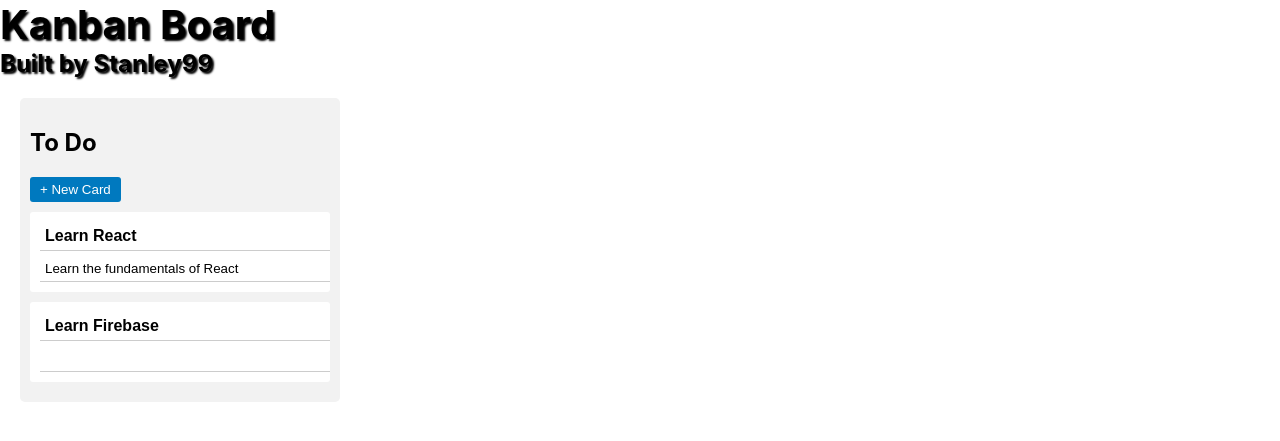
Repository: trapper99/kanban-app
Page: /
The author's editor kept a copy of each file at every save. The page is drawn from the files as they stood at one save, then again after the next save.
The browser window is 1280 px wide. The pictures show the whole page.
The project was rebuilt for these pictures with package versions that can differ from the ones it lists, and the page was loaded fresh each time.

Above is the page before, as saved 2023-06-12 15:13:21.

### src/App.js
import React, { useState, useEffect, useMemo } from 'react';
import Draggable from 'react-draggable';
import Header from './components/header';

const styles = {
  boardContainer: {
    display: 'flex',
    flexDirection: 'row',
    justifyContent: 'space-between',
    padding: '20px',
  },
  listContainer: {
    backgroundColor: '#f2f2f2',
    borderRadius: '5px',
    width: '300px',
    padding: '10px',
    marginRight: '20px',
  },
  newCard: {
    backgroundColor: '#0079bf',
    color: '#fff',
    borderRadius: '3px',
    border: 'none',
    padding: '5px 10px',
    marginBottom: '10px',
    cursor: 'pointer',
  },
  cardContainer: {
    backgroundColor: '#fff',
    borderRadius: '3px',
    padding: '10px',
    marginBottom: '10px',
  },
  title: {
    fontWeight: 'bold',
    fontSize: '16px',
    marginBottom: '5px',
    width: '100%',
    border: 'none',
    borderBottom: '1px solid #ccc',
    padding: '5px',
  },
  description: {
    width: '100%',
    border: 'none',
    borderBottom: '1px solid #ccc',
    padding: '5px',
  },
};

function App() {
  const [board, setBoard] = useState([]);

  useEffect(() => {
    const data = window.localStorage.getItem('data');
    if (data) {
      setBoard(JSON.parse(data));
    } else {
      setBoard([
        {
          id: 1,
          title: 'To Do',
          cards: [
            {
              id: 1,
              title: 'Learn React',
              description: 'Learn the fundamentals of React'
            },
            {
              id: 2,
              title: 'Learn Firebase',
              description: ''
            }
          ]
        }
      ]);
    }
  }, []);

  useEffect(() => {
    if (board.length > 0) window.localStorage.setItem('data', JSON.stringify(board));
  }, [board]);

  const memoizedBoard = useMemo(() => board, [board]);

  const addNewCard = (listId) => {
    const updatedBoards = board.map((element) => {
      if (element.id === listId) {
        return {
          ...element,
          cards: [
            ...element.cards,
            {
              id: new Date().getTime(),
              title: 'New Card',
              description: 'New Card Description',
            },
          ],
        };
      }
      return element;
    });
    setBoard(updatedBoards);
  };

  const onCardStop = (e, card, listId) => {
    const allLists = document.querySelectorAll('.list-container');
    for (const list of allLists) {
      const rect = list.getBoundingClientRect();
      const data = {
        x: e.clientX,
        y: e.clientY,
      };
      if (data.x > rect.left && data.x < rect.right && data.y > rect.top && data.y < rect.bottom) {
        const finalCardId = card.id;
        const tempBoards = board.map((element) => {
          const cards = element.cards.filter((c) => c.id !== finalCardId);
          return {
            ...element,
            cards,
          };
        });
        setBoard(tempBoards);
      }
    }
    const finalListId = listId.split('_')[1];
    const tempBoards = board.map((element) => {
      if (element.id === parseInt(finalListId)) {
        return {
          ...element,
          cards: [...element.cards, card],
        };
      }
      return element;
    });
    setBoard(tempBoards);
  };

  return (
    <div>
      <Header />
      <div style={styles.boardContainer}>
        {memoizedBoard.map((list) => (
          <div id={`list_${list.id}`} key={list.id} className="list-container" style={styles.listContainer}>
            <h2>{list.title}</h2>
            <button style={styles.newCard} onClick={() => addNewCard(list.id)}>
              + New Card
            </button>
            {list.cards.map((card) => (
              <Draggable key={card.id} onStop={(e) => onCardStop(e, card, list.id)}>
                <div style={styles.cardContainer}>
                  <input
                    type="text"
                    style={styles.title}
                    value={card.title}
                    onChange={(e) => {
                      const tempBoards = board.map((element) => {
                        const cards = element.cards.map((c) => {
                          if (c.id === card.id) {
                            return {
                              ...c,
                              title: e.target.value,
                            };
                          }
                          return c;
                        });
                        return {
                          ...element,
                          cards,
                        };
                      });
                      setBoard(tempBoards);
                    }}
                  />
                  <input
                    type="text"
                    style={styles.description}
                    value={card.description}
                    onChange={(e) => {
                      const tempBoards = board.map((element) => {
                        const cards = element.cards.map((c) => {
                          if (c.id === card.id) {
                            return {
                              ...c,
                              description: e.target.value,
                            };
                          }
                          return c;
                        });
                        return {
                          ...element,
                          cards,
                        };
                      });
                      setBoard(tempBoards);
                    }}
                  />
                </div>
              </Draggable>
            ))}
          </div>
        ))}
      </div>
    </div>
  );
}

export default App;

### src/components/header.js
export default function Header () {
    return(
        <header className={styles.header}>
            <h1 style={styles.title}>Kanban Board</h1>
            <p style={styles.subtitle}>Built by Stanley99</p>
        </header>
    )
}

const styles = {
    header: {
        display: 'flex',
        flexDirection: 'column',
        justifyContent: 'center',
        padding: '20px',
        backgroundColor: '#2c3e50',
        color: '#ffffff',
        width: '100%',
        position: 'fixed',
        top: 0,
        left: 0,
        zIndex: 1
    },
    title: {
        margin: 0,
        padding: 0,
        fontSize: '2.5rem',
        fontWeight: 'bold',
        textShadow: '2px 2px 2px #000000'
    },
    subtitle: {
        margin: 0,
        padding: 0,
        fontSize: '1.5rem',
        fontWeight: 'bold',
        textShadow: '2px 2px 2px #000000'
    },
}

Loaded but not shown: public/index.html (common file); src/index.js (common file); src/index.css (common file); src/reportWebVitals.js (common file)

After the next save:
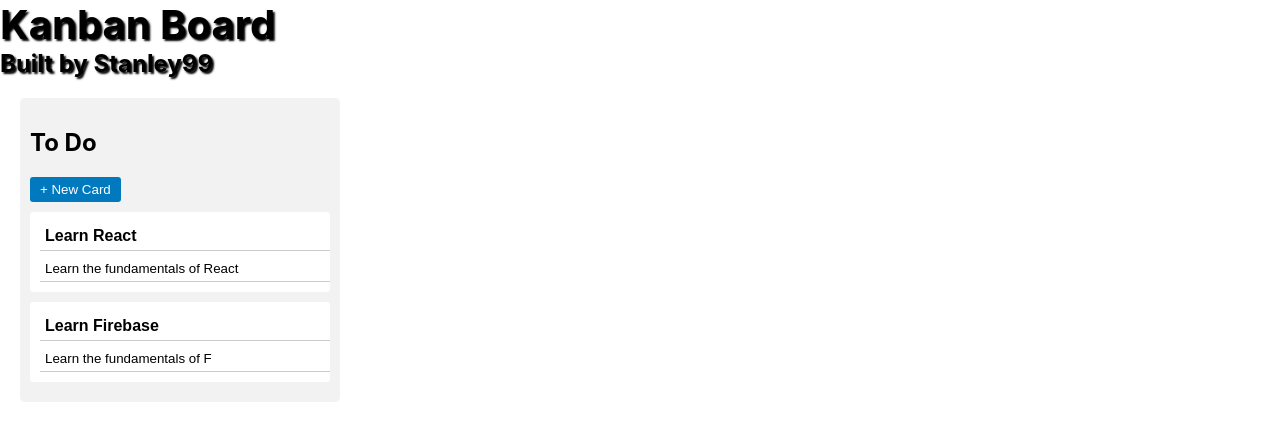
Saved 16 s later.
--- a/src/App.js
+++ b/src/App.js
@@ -69,7 +69,7 @@ function App() {
             {
               id: 2,
               title: 'Learn Firebase',
-              description: ''
+              description: 'Learn the fundamentals of F'
             }
           ]
         }
